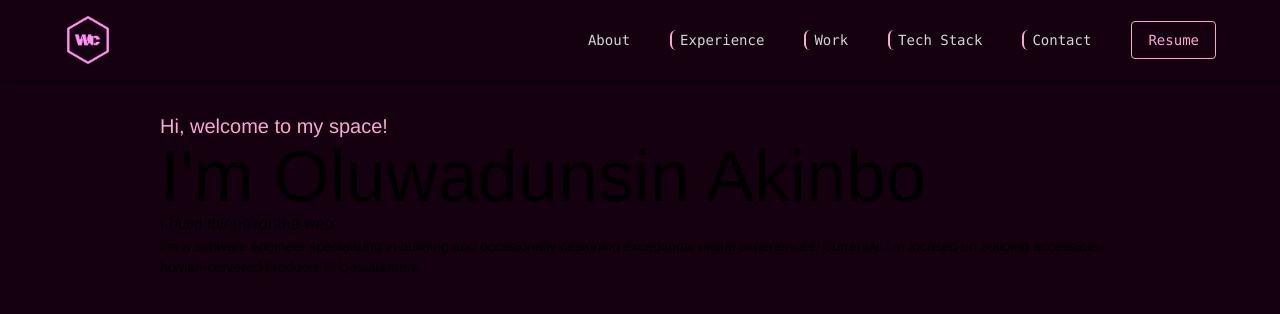
Repository: EmmyDunny1/myPortfolio
Page: / (app in MyPortfolio/)
These files come from the project's save history. The page is drawn as it stood at one moment and after a run of saves; the edit follows.
The browser window is 1280 px wide. The pictures show the whole page.
The project was rebuilt for these pictures with package versions that can differ from the ones it lists, and the page was loaded fresh each time. Also part of the build but not shown: MyPortfolio/vite.config.js.

Above is the page before, as saved 2025-01-13 10:42:40.

After the next 4 saves:
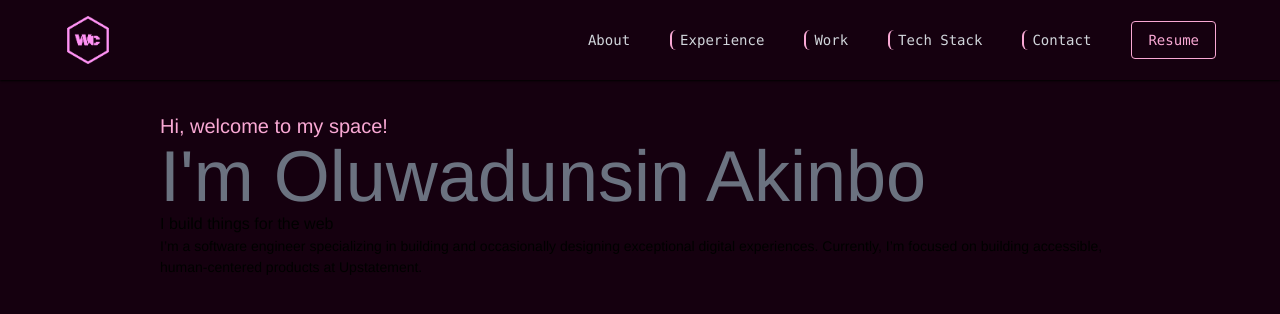
The 4 saves are shown as one change because they came seconds apart.
The last was saved 20 s later.
--- a/MyPortfolio/src/components/HeroSection.jsx
+++ b/MyPortfolio/src/components/HeroSection.jsx
@@ -6,7 +6,7 @@
 
       <div className=''>
         <span className='text-pink-300 text-xl'>Hi, welcome to my space!</span>
-        <h1 className='text-7xl '>I'm Oluwadunsin Akinbo</h1>
+        <h1 className='text-7xl text-gray-500 '>I'm Oluwadunsin Akinbo</h1>
         <h2>I build things for the web</h2>
 
         <p>I’m a software engineer specializing in building and occasionally designing exceptional digital experiences. Currently, I’m focused on building accessible, human-centered products at Upstatement.</p>
